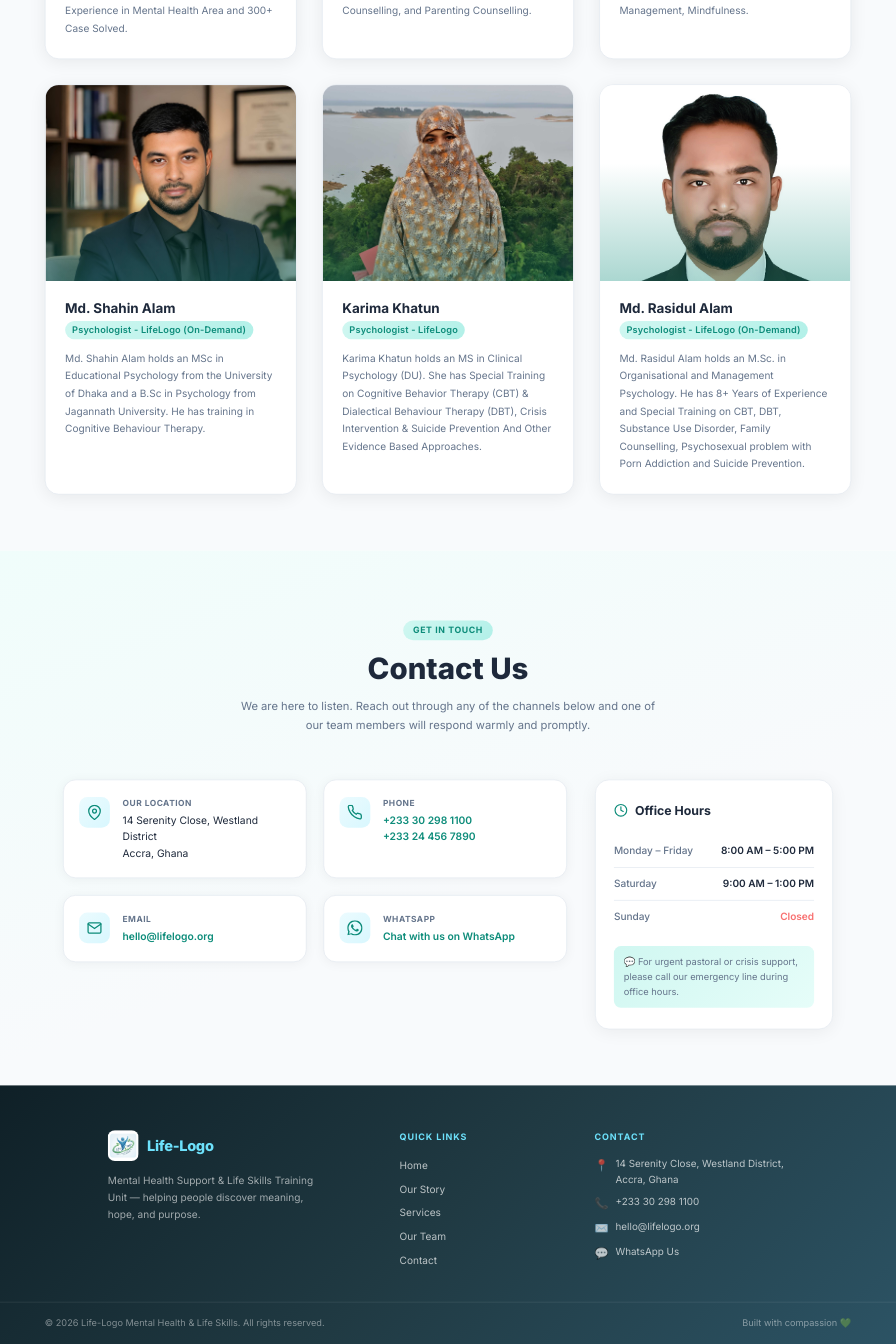
Repository: Tan47s/Lifelogo
Page: /
These files come from the project's save history. The page is drawn as it stood at one moment and after the next save; the edit follows.
The browser window is 1280 px wide. The pictures show the part of the page from y = 3042 to 4962 px (the page is 4962 px tall), at 70% of full size.
The project was rebuilt for these pictures with package versions that can differ from the ones it lists, and the page was loaded fresh each time. Also part of the build but not shown: vite.config.js.

Above is the page before, as saved 2026-08-09 17:12:34.

### index.html
<!doctype html>
<html lang="en">
  <head>
    <meta charset="UTF-8" />
    <link rel="icon" type="image/svg+xml" href="/favicon.svg" />
    <meta name="viewport" content="width=device-width, initial-scale=1.0" />
    <title>Life-Logo | Mental Health Counselling &amp; Life Skills</title>
    <meta name="description" content="Life-Logo Mental Health Support &amp; Life Skills Training Unit — professional counselling, resilience coaching, and compassionate support to help you find meaning, hope, and purpose." />
    <meta property="og:title" content="Life-Logo | Mental Health Counselling &amp; Life Skills" />
    <meta property="og:description" content="Professional counselling and life skills training to support your well-being and personal growth." />
    <meta property="og:type" content="website" />
  </head>
  <body>
    <div id="root"></div>
    <script type="module" src="/src/main.jsx"></script>
  </body>
</html>

### src/main.jsx
import { StrictMode } from 'react'
import { createRoot } from 'react-dom/client'

import { App } from './App.jsx'


createRoot(document.getElementById('root')).render(
  <StrictMode>
    <App />
  </StrictMode>,
)

### src/App.jsx
import React from 'react'
import { Header } from './comp/Header'
import { Herocon } from './comp/Herocon'
import { Contents2 } from './comp/Contents2'
import { Service2 } from './comp/Service2'
import { Counsellors } from './comp/Counsellors'
import { Contact } from './comp/Contact'
import { Footer } from './comp/Footer'

export const App = () => {
  return (
    <div>
      <Header />

      {/* Hero — id: home (owned by Herocon's <section>) */}
      <Herocon />

      {/* Our Story — id: story (owned by Contents2's <section>) */}
      <Contents2 />

      {/* Services — id: services (declared inside Service2's <section>) */}
      <Service2 />

      {/* Our Team — id: team */}
      <Counsellors />

      {/* Contact — id: contact */}
      <Contact />

      {/* Footer */}
      <Footer />
    </div>
  )
}

### src/comp/Herocon.jsx
import './herocon.css'
import Hero from '../assets/hero.png'

const stats = [
  { value: '500+', label: 'Lives Impacted' },
  { value: '15+', label: 'Years Experience' },
  { value: '6',   label: 'Specialists' },
]

export const Herocon = () => {
  const scrollTo = (id) => {
    const el = document.getElementById(id)
    if (el) el.scrollIntoView({ behavior: 'smooth' })
  }

  return (
    <section
      id="home"
      className="hero-section"
      style={{ backgroundImage: `url(${Hero})` }}
    >
      {/* layered overlay */}
      <div className="hero-overlay" />

      <div className="hero-content">
        {/* eyebrow badge */}
        <span className="hero-badge">Mental Health &amp; Life Skills</span>

        {/* quote */}
        <p className="hero-quote">
          &ldquo;Doctors Dress The Wound, God Heals It.&rdquo;
        </p>

        {/* headline */}
        <h1 className="hero-headline">
          Well-Being Requires<br />
          <span className="hero-headline-accent">a Safe Space to Heal</span>
        </h1>

        {/* sub-text */}
        <p className="hero-sub">
          Mental health is the foundation of a healthy life. Through compassion,
          professional support, and faith, we help you find hope, build
          resilience, and take meaningful steps toward lasting well-being.
        </p>

        {/* CTAs */}
        <div className="hero-ctas">
          <button
            id="hero-contact-btn"
            className="hero-btn hero-btn--primary"
            onClick={() => scrollTo('contact')}
          >
            Contact Us
          </button>
          <button
            id="hero-services-btn"
            className="hero-btn hero-btn--ghost"
            onClick={() => scrollTo('services')}
          >
            Our Services
          </button>
        </div>

        {/* Stats strip */}
        <div className="hero-stats">
          {stats.map((s, i) => (
            <div className="hero-stat" key={i}>
              <span className="hero-stat-value">{s.value}</span>
              <span className="hero-stat-label">{s.label}</span>
            </div>
          ))}
        </div>
      </div>
    </section>
  )
}

### src/comp/Service2.jsx
import React from 'react'
import ser1 from '../assets/ser1.png'
import ser2 from '../assets/ser2.png'
import ser3 from '../assets/ser3.png'
import ser4 from '../assets/ser4.png'
import './Service2.css'

const services = [
  {
    img: ser1,
    title: 'Individual Counselling',
    tag: 'One-on-One',
    desc: 'A private, confidential space where you can explore personal challenges, process emotions, and develop healthier coping strategies with the guidance of a qualified counsellor.',
  },
  {
    img: ser2,
    title: 'Couple Counselling',
    tag: 'Relationships',
    desc: 'Helping couples navigate conflict, rebuild trust, and strengthen communication so they can grow together in a healthy, supportive partnership.',
  },
  {
    img: ser3,
    title: 'Family Counselling',
    tag: 'Family Dynamics',
    desc: 'We work with families to address relational tensions, improve understanding, and foster a home environment rooted in compassion and mutual respect.',
  },
  {
    img: ser4,
    title: 'Life Skills Training',
    tag: 'Personal Growth',
    desc: 'Practical workshops and coaching sessions that equip you with tools for resilience, emotional regulation, goal-setting, and purposeful living.',
  },
]

export const Service2 = () => {
  return (
    <section id="services" className="services-section">
      {/* Section Header */}
      <div className="services-header">
        <span className="section-badge">What We Offer</span>
        <h2>Our Services</h2>
        <p className="services-subtitle">
          We provide compassionate mental health counselling and life skills
          training to support your well-being and personal growth.
        </p>
      </div>

      {/* Cards Grid */}
      <div className="services-grid">
        {services.map((s, i) => (
          <div className="service-card" key={i}>
            <div className="service-img-wrap">
              <img src={s.img} alt={s.title} className="service-img" />
              <div className="service-img-overlay" />
            </div>
            <div className="service-info">
              <span className="service-tag">{s.tag}</span>
              <h3>{s.title}</h3>
              <p>{s.desc}</p>
            </div>
          </div>
        ))}
      </div>
    </section>
  )
}

### src/comp/Contact.jsx
import React from 'react'
import './Contact.css'

const contactItems = [
  {
    icon: (
      <svg viewBox="0 0 24 24" fill="none" stroke="currentColor" strokeWidth="2" strokeLinecap="round" strokeLinejoin="round">
        <path d="M21 10c0 7-9 13-9 13S3 17 3 10a9 9 0 0 1 18 0z"/>
        <circle cx="12" cy="10" r="3"/>
      </svg>
    ),
    label: 'Our Location',
    value: '14 Serenity Close, Westland District\nAccra, Ghana',
    link: null,
  },
  {
    icon: (
      <svg viewBox="0 0 24 24" fill="none" stroke="currentColor" strokeWidth="2" strokeLinecap="round" strokeLinejoin="round">
        <path d="M22 16.92v3a2 2 0 0 1-2.18 2 19.79 19.79 0 0 1-8.63-3.07A19.5 19.5 0 0 1 4.69 12 19.79 19.79 0 0 1 1.61 3.4 2 2 0 0 1 3.6 1.22h3a2 2 0 0 1 2 1.72c.13.96.36 1.9.7 2.81a2 2 0 0 1-.45 2.11L7.91 8.82a16 16 0 0 0 6.07 6.07l.96-.96a2 2 0 0 1 2.11-.45c.91.34 1.85.57 2.81.7a2 2 0 0 1 1.72 2.04z"/>
      </svg>
    ),
    label: 'Phone',
    value: '+233 30 298 1100\n+233 24 456 7890',
    link: 'tel:+233302981100',
  },
  {
    icon: (
      <svg viewBox="0 0 24 24" fill="none" stroke="currentColor" strokeWidth="2" strokeLinecap="round" strokeLinejoin="round">
        <path d="M4 4h16c1.1 0 2 .9 2 2v12c0 1.1-.9 2-2 2H4c-1.1 0-2-.9-2-2V6c0-1.1.9-2 2-2z"/>
        <polyline points="22,6 12,13 2,6"/>
      </svg>
    ),
    label: 'Email',
    value: 'hello@lifelogo.org',
    link: 'mailto:hello@lifelogo.org',
  },
  {
    icon: (
      <svg viewBox="0 0 24 24" fill="currentColor">
        <path d="M17.472 14.382c-.297-.149-1.758-.867-2.03-.967-.273-.099-.471-.148-.67.15-.197.297-.767.966-.94 1.164-.173.199-.347.223-.644.075-.297-.15-1.255-.463-2.39-1.475-.883-.788-1.48-1.761-1.653-2.059-.173-.297-.018-.458.13-.606.134-.133.298-.347.446-.52.149-.174.198-.298.298-.497.099-.198.05-.371-.025-.52-.075-.149-.669-1.612-.916-2.207-.242-.579-.487-.5-.669-.51-.173-.008-.371-.01-.57-.01-.198 0-.52.074-.792.372-.272.297-1.04 1.016-1.04 2.479 0 1.462 1.065 2.875 1.213 3.074.149.198 2.096 3.2 5.077 4.487.709.306 1.262.489 1.694.625.712.227 1.36.195 1.871.118.571-.085 1.758-.719 2.006-1.413.248-.694.248-1.289.173-1.413-.074-.124-.272-.198-.57-.347z"/>
        <path d="M12 0C5.373 0 0 5.373 0 12c0 2.127.558 4.124 1.532 5.856L.057 23.5l5.826-1.527A11.946 11.946 0 0 0 12 24c6.627 0 12-5.373 12-12S18.627 0 12 0zm0 21.818a9.818 9.818 0 0 1-5.026-1.384l-.36-.214-3.732.979.997-3.643-.235-.374A9.818 9.818 0 1 1 12 21.818z"/>
      </svg>
    ),
    label: 'WhatsApp',
    value: 'Chat with us on WhatsApp',
    link: 'https://wa.me/233244567890',
  },
]

const hours = [
  { day: 'Monday – Friday', time: '8:00 AM – 5:00 PM' },
  { day: 'Saturday', time: '9:00 AM – 1:00 PM' },
  { day: 'Sunday', time: 'Closed' },
]

export const Contact = () => {
  return (
    <section id="contact" className="contact-section">
      {/* Section Header */}
      <div className="contact-header">
        <span className="section-badge">Get In Touch</span>
        <h2>Contact Us</h2>
        <p className="contact-subtitle">
          We are here to listen. Reach out through any of the channels below
          and one of our team members will respond warmly and promptly.
        </p>
      </div>

      <div className="contact-body">
        {/* Contact Cards */}
        <div className="contact-cards">
          {contactItems.map((item, i) => (
            <div className="contact-card" key={i}>
              <div className="contact-icon">{item.icon}</div>
              <div className="contact-text">
                <span className="contact-label">{item.label}</span>
                {item.link ? (
                  <a href={item.link} className="contact-value link" target="_blank" rel="noopener noreferrer">
                    {item.value}
                  </a>
                ) : (
                  <p className="contact-value">{item.value}</p>
                )}
              </div>
            </div>
          ))}
        </div>

        {/* Office Hours */}
        <div className="hours-panel">
          <h3 className="hours-title">
            <svg className="hours-icon" viewBox="0 0 24 24" fill="none" stroke="currentColor" strokeWidth="2" strokeLinecap="round" strokeLinejoin="round">
              <circle cx="12" cy="12" r="10"/>
              <polyline points="12 6 12 12 16 14"/>
            </svg>
            Office Hours
          </h3>
          <ul className="hours-list">
            {hours.map((h, i) => (
              <li key={i} className={`hours-row ${h.time === 'Closed' ? 'closed' : ''}`}>
                <span className="hours-day">{h.day}</span>
                <span className="hours-time">{h.time}</span>
              </li>
            ))}
          </ul>
          <p className="hours-note">
            💬 For urgent pastoral or crisis support, please call our emergency
            line during office hours.
          </p>
        </div>
      </div>
    </section>
  )
}

### src/comp/Footer.jsx
import React from 'react'
import './Footer.css'
import logo from '../assets/logo.png'

export const Footer = () => {
  const year = new Date().getFullYear()

  const scrollTo = (id) => {
    const el = document.getElementById(id)
    if (el) el.scrollIntoView({ behavior: 'smooth' })
  }

  return (
    <footer className="footer">
      <div className="footer-inner">

        {/* Brand Column */}
        <div className="footer-brand">
          <div className="footer-logo-row">
            <img src={logo} alt="Life-Logo" className="footer-logo" />
            <span className="footer-name">Life-Logo</span>
          </div>
          <p className="footer-tagline">
            Mental Health Support &amp; Life Skills Training Unit — helping
            people discover meaning, hope, and purpose.
          </p>
        </div>

        {/* Quick Links */}
        <div className="footer-col">
          <h4>Quick Links</h4>
          <ul>
            {[
              { label: 'Home',        id: 'home' },
              { label: 'Our Story',   id: 'story' },
              { label: 'Services',    id: 'services' },
              { label: 'Our Team',    id: 'team' },
              { label: 'Contact',     id: 'contact' },
            ].map((l) => (
              <li key={l.id}>
                <button onClick={() => scrollTo(l.id)} className="footer-link">
                  {l.label}
                </button>
              </li>
            ))}
          </ul>
        </div>

        {/* Contact Column */}
        <div className="footer-col">
          <h4>Contact</h4>
          <ul className="footer-contact-list">
            <li>
              <span className="fc-icon">📍</span>
              14 Serenity Close, Westland District, Accra, Ghana
            </li>
            <li>
              <span className="fc-icon">📞</span>
              <a href="tel:+233302981100">+233 30 298 1100</a>
            </li>
            <li>
              <span className="fc-icon">✉️</span>
              <a href="mailto:hello@lifelogo.org">hello@lifelogo.org</a>
            </li>
            <li>
              <span className="fc-icon">💬</span>
              <a href="https://wa.me/233244567890" target="_blank" rel="noopener noreferrer">
                WhatsApp Us
              </a>
            </li>
          </ul>
        </div>

      </div>

      {/* Bottom Bar */}
      <div className="footer-bottom">
        <p>&copy; {year} Life-Logo Mental Health &amp; Life Skills. All rights reserved.</p>
        <p className="footer-note">Built with compassion 💚</p>
      </div>
    </footer>
  )
}

### src/Index.css

@import url('https://fonts.googleapis.com/css2?family=Inter:wght@100..900&display=swap');

:root {
  /* Brand */
  --primary: #6de1fb;        /* Teal from header */
  --primary-light: #02ff78;


  /* Logo greens */
  --green: #22C55E;
  --green-light: #DCFCE7;

  /* Blue accent */
  --blue: #38BDF8;
  --blue-light: #E0F2FE;

  /* Backgrounds */
  --background: #F8FAFC;
  --surface: #FFFFFF;

  /* Text */
  --text: #1E293B;
  --text-muted: #64748B;

  /* Borders */
  --border: #E2E8F0;
}

* {
  margin: 0;
  padding: 0;
  box-sizing: border-box;
  font-family: "Inter", sans-serif;
}

h1{
    font-weight: 800;
}

p{
    font-weight: 400;
}

### src/comp/Contents2.css
/* ============================================================
   OUR STORY SECTION
   ============================================================ */

.story-section {
  padding: 100px 5% 80px;
  background: var(--background);   /* #F8FAFC — same as Counsellors */
}

/* ---- Two-column inner wrapper ---- */
.story-inner {
  display: grid;
  grid-template-columns: 1fr 1fr;
  gap: 72px;
  max-width: 1200px;
  margin: 0 auto;
  align-items: start;
}

/* ========== LEFT: text column ========== */
.story-text {
  display: flex;
  flex-direction: column;
  gap: 20px;
}

.story-text h2 {
  font-size: clamp(26px, 3.5vw, 40px);
  font-weight: 800;
  color: var(--text);
  line-height: 1.18;
  margin: 0;
}

.story-lead {
  font-size: 1.05rem;
  color: var(--text);
  font-weight: 500;
  line-height: 1.75;
  margin: 0;
}

.story-body {
  font-size: 0.95rem;
  color: var(--text-muted);
  line-height: 1.8;
  margin: 0;
}

/* ========== RIGHT: pillars column ========== */
.story-pillars {
  display: flex;
  flex-direction: column;
  gap: 20px;
}

/* ---- Single pillar card ---- */
.story-pillar {
  display: flex;
  align-items: flex-start;
  gap: 18px;
  background: var(--surface);
  border: 1px solid var(--border);
  border-radius: 18px;
  padding: 24px 22px;
  box-shadow: 0 2px 16px rgba(0, 0, 0, 0.05);
  transition: transform 0.25s ease, box-shadow 0.25s ease;
}

.story-pillar:hover {
  transform: translateY(-4px);
  box-shadow: 0 8px 32px rgba(109, 225, 251, 0.18);
}

/* ---- Icon bubble ---- */
.pillar-icon {
  flex-shrink: 0;
  width: 48px;
  height: 48px;
  border-radius: 14px;
  background: linear-gradient(135deg, #d0f7f1, #b2f0e8);
  display: flex;
  align-items: center;
  justify-content: center;
  color: #0d8c7a;
}

.pillar-icon svg {
  width: 22px;
  height: 22px;
}

/* ---- Pillar text ---- */
.pillar-body {
  display: flex;
  flex-direction: column;
  gap: 5px;
}

.pillar-body h4 {
  font-size: 1rem;
  font-weight: 700;
  color: var(--text);
  margin: 0;
}

.pillar-body p {
  font-size: 0.88rem;
  color: var(--text-muted);
  line-height: 1.65;
  margin: 0;
}

/* ---- Responsive ---- */
@media (max-width: 860px) {
  .story-inner {
    grid-template-columns: 1fr;
    gap: 48px;
  }
}

@media (max-width: 640px) {
  .story-section {
    padding: 70px 5% 60px;
  }
}

### src/comp/Service2.css
/* ============================================================
   SERVICES SECTION  —  mirrors Counsellors card style
   ============================================================ */

.services-section {
  padding: 100px 5% 80px;
  background: linear-gradient(160deg, #f0fdfb 0%, #f8fafc 60%);
}

/* --- Header --- */
.services-header {
  text-align: center;
  max-width: 660px;
  margin: 0 auto 64px;
}

.services-header h2 {
  font-size: clamp(28px, 4vw, 42px);
  font-weight: 800;
  color: var(--text);
  margin-bottom: 16px;
  line-height: 1.15;
}

.services-subtitle {
  font-size: 1rem;
  color: var(--text-muted);
  line-height: 1.7;
}

/* --- Grid --- */
.services-grid {
  display: grid;
  grid-template-columns: repeat(auto-fit, minmax(260px, 1fr));
  gap: 32px;
  max-width: 1200px;
  margin: 0 auto;
}

/* --- Card --- */
.service-card {
  background: var(--surface);
  border-radius: 20px;
  overflow: hidden;
  box-shadow: 0 4px 24px rgba(0, 0, 0, 0.07);
  border: 1px solid var(--border);
  transition: transform 0.3s ease, box-shadow 0.3s ease;
}

.service-card:hover {
  transform: translateY(-8px);
  box-shadow: 0 12px 40px rgba(109, 225, 251, 0.25);
}

/* --- Image wrapper --- */
.service-img-wrap {
  position: relative;
  width: 100%;
  height: 150px;
  overflow: hidden;
}

.service-img {
  width: 100%;
  height: 100%;
  object-fit: cover;
  object-position: center;
  transition: transform 0.4s ease;
}

.service-card:hover .service-img {
  transform: scale(1.05);
}

.service-img-overlay {
  position: absolute;
  inset: 0;
  background: linear-gradient(to top, rgba(13, 140, 122, 0.3) 0%, transparent 55%);
  pointer-events: none;
}

/* --- Info block --- */
.service-info {
  padding: 22px 26px 28px;
  display: flex;
  flex-direction: column;
  gap: 8px;
}

.service-tag {
  display: inline-block;
  background: linear-gradient(135deg, #d0f7f1, #b2f0e8);
  color: #0d8c7a;
  font-size: 0.78rem;
  font-weight: 700;
  letter-spacing: 0.06em;
  text-transform: uppercase;
  padding: 4px 12px;
  border-radius: 999px;
  align-self: flex-start;
}

.service-info h3 {
  font-size: 1.15rem;
  font-weight: 700;
  color: var(--text);
  margin: 0;
  line-height: 1.3;
}

.service-info p {
  font-size: 0.9rem;
  color: var(--text-muted);
  line-height: 1.75;
  margin: 0;
}

/* --- Responsive --- */
@media (max-width: 640px) {
  .services-section {
    padding: 70px 5% 60px;
  }

  .services-grid {
    grid-template-columns: 1fr;
  }
}

### src/comp/Footer.css
/* ============================================================
   FOOTER
   ============================================================ */

.footer {
  background: linear-gradient(135deg, #0f2027, #203a43, #2c5364);
  color: rgba(255, 255, 255, 0.85);
  padding-top: 64px;
}

.footer-inner {
  max-width: 1100px;
  margin: 0 auto;
  padding: 0 5% 48px;
  display: grid;
  grid-template-columns: 1.6fr 1fr 1.2fr;
  gap: 48px;
}

/* --- Brand Column --- */
.footer-brand {}

.footer-logo-row {
  display: flex;
  align-items: center;
  gap: 12px;
  margin-bottom: 16px;
}

.footer-logo {
  width: 44px;
  height: 44px;
  object-fit: contain;
  border-radius: 10px;
  background: white;
  padding: 3px;
}

.footer-name {
  font-size: 1.3rem;
  font-weight: 800;
  color: var(--primary);
  letter-spacing: -0.02em;
}

.footer-tagline {
  font-size: 0.9rem;
  line-height: 1.7;
  color: rgba(255, 255, 255, 0.6);
  max-width: 300px;
}

/* --- Columns --- */
.footer-col h4 {
  font-size: 0.8rem;
  font-weight: 700;
  letter-spacing: 0.1em;
  text-transform: uppercase;
  color: var(--primary);
  margin-bottom: 18px;
}

.footer-col ul {
  list-style: none;
  padding: 0;
  margin: 0;
  display: flex;
  flex-direction: column;
  gap: 10px;
}

/* Quick links */
.footer-link {
  background: none;
  border: none;
  padding: 0;
  cursor: pointer;
  font-size: 0.9rem;
  color: rgba(255, 255, 255, 0.7);
  text-align: left;
  transition: color 0.2s ease;
  font-family: inherit;
}

.footer-link:hover {
  color: var(--primary);
}

/* Contact list */
.footer-contact-list li {
  display: flex;
  align-items: flex-start;
  gap: 10px;
  font-size: 0.88rem;
  color: rgba(255, 255, 255, 0.7);
  line-height: 1.55;
}

.footer-contact-list a {
  color: rgba(255, 255, 255, 0.7);
  text-decoration: none;
  transition: color 0.2s ease;
}

.footer-contact-list a:hover {
  color: var(--primary);
}

.fc-icon {
  flex-shrink: 0;
  font-size: 1rem;
  margin-top: 1px;
}

/* --- Bottom Bar --- */
.footer-bottom {
  border-top: 1px solid rgba(255, 255, 255, 0.1);
  padding: 20px 5%;
  display: flex;
  align-items: center;
  justify-content: space-between;
  max-width: 100%;
}

.footer-bottom p {
  font-size: 0.82rem;
  color: rgba(255, 255, 255, 0.45);
  margin: 0;
}

.footer-note {
  font-size: 0.82rem;
  color: rgba(255, 255, 255, 0.45);
}

/* --- Responsive --- */
@media (max-width: 860px) {
  .footer-inner {
    grid-template-columns: 1fr 1fr;
  }
  .footer-brand {
    grid-column: span 2;
  }
}

@media (max-width: 540px) {
  .footer-inner {
    grid-template-columns: 1fr;
  }
  .footer-brand {
    grid-column: span 1;
  }
  .footer-bottom {
    flex-direction: column;
    gap: 6px;
    text-align: center;
  }
}

Loaded but not shown: src/App.css (221 lines, source omitted); src/comp/herocon.css (185 lines, source omitted); src/comp/Contact.css (202 lines, source omitted); src/comp/Counsellors.jsx (80 lines, source omitted); src/comp/Header.jsx (102 lines, source omitted); src/comp/Contents2.jsx (74 lines, source omitted); src/comp/Counsellors.css (141 lines, source omitted)

After the next save:
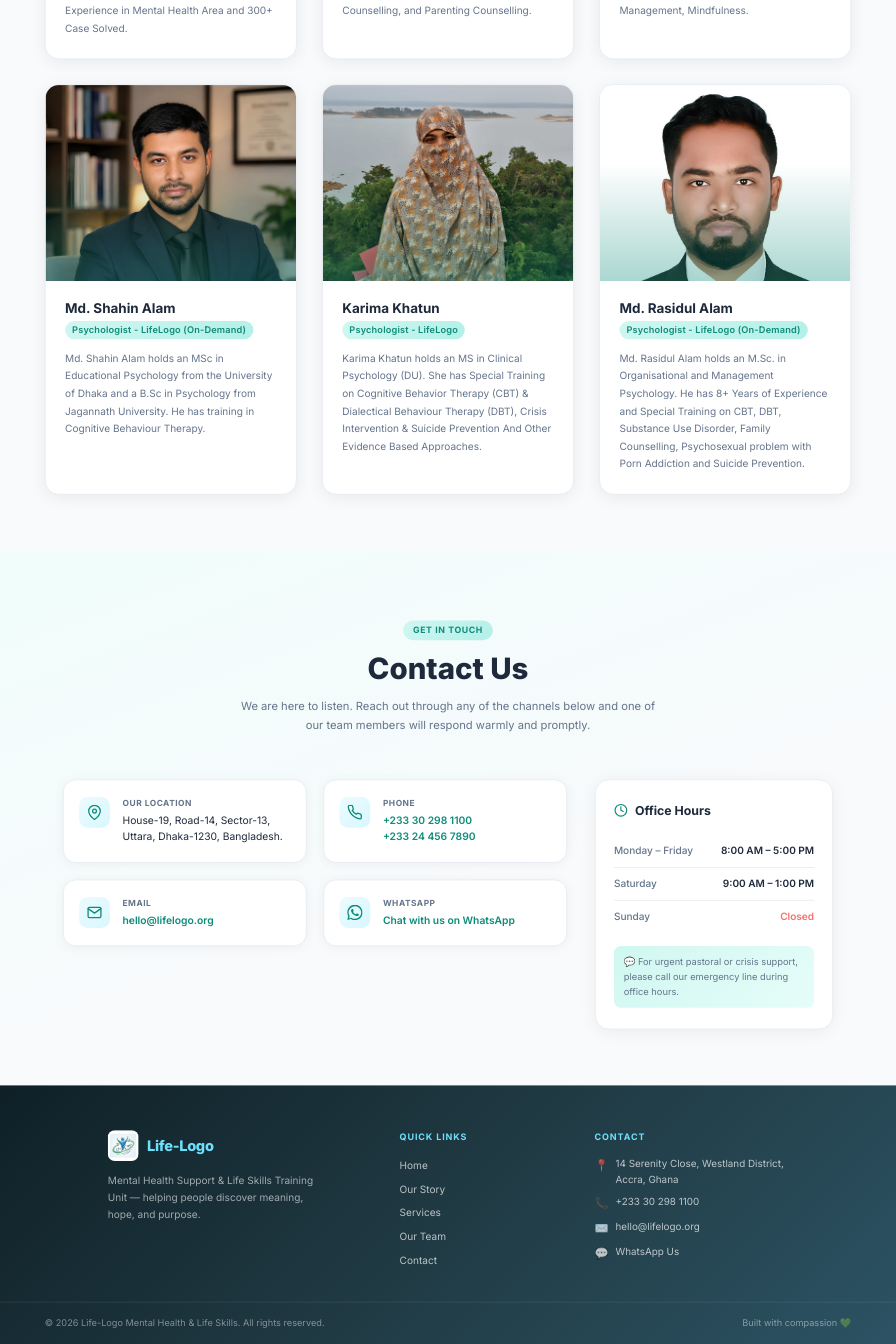
Saved 99 s later.
--- a/src/comp/Contact.jsx
+++ b/src/comp/Contact.jsx
@@ -10,7 +10,7 @@ const contactItems = [
       </svg>
     ),
     label: 'Our Location',
-    value: '14 Serenity Close, Westland District\nAccra, Ghana',
+    value: 'House-19, Road-14, Sector-13, Uttara, Dhaka-1230, Bangladesh.',
     link: null,
   },
   {
